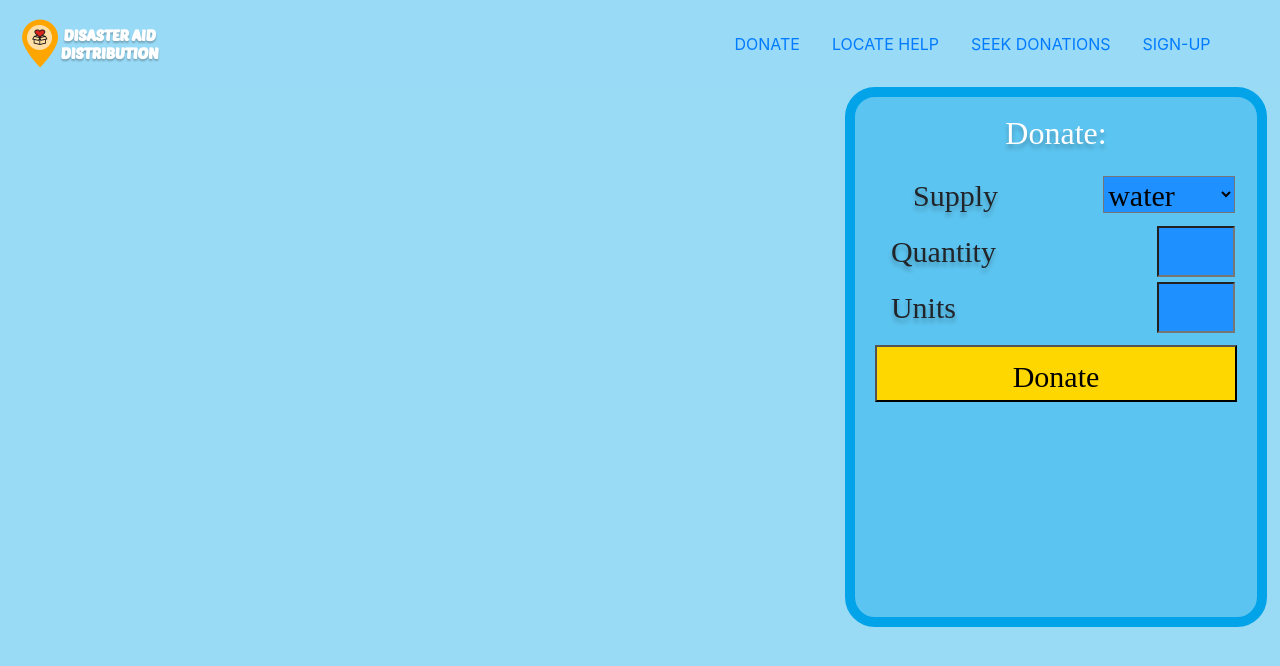
Repository: uprm-inso-4115-2019-2020-S2/semester-project-inso4115-DisasterAid-backend
Page: /donate-modal (app in disaster-aid/)
An editor plug-in stored every save of this project. The page is shown before and after the next save, followed by the edit.
The browser window is 1280 px wide. The pictures show the whole page.
The project was rebuilt for these pictures with package versions that can differ from the ones it lists, and the page was loaded fresh each time. Also part of the build but not shown: disaster-aid/angular.json, disaster-aid/src/app/login/login.component.ts, disaster-aid/src/app/register/register.component.ts, disaster-aid/src/app/home/home.component.ts, disaster-aid/src/app/landing-page/landing-page.component.ts, disaster-aid/src/app/donations/donations.component.ts, disaster-aid/src/app/donations.service.ts.

Above is the page before, as saved 2020-05-09 02:14:01.

### disaster-aid/src/index.html
<!doctype html>
<html lang="en">
<head>
  <meta charset="utf-8">
  <title>DisasterAid</title>
  <base href="/">
  <meta name="viewport" content="width=device-width, initial-scale=1">
  <link rel="icon" type="image/x-icon" href="favicon.ico">
</head>
<body>
  <app-root></app-root>
</body>
</html>

### disaster-aid/src/styles.css
/* You can add global styles to this file, and also import other style files */

html { background-color:rgba(2, 163, 232, 0.4); }

### disaster-aid/src/app/app.module.ts
import { BrowserModule } from '@angular/platform-browser';
import { NgModule } from '@angular/core';
import { FormsModule, ReactiveFormsModule } from '@angular/forms';



import { AppRoutingModule } from './app-routing.module';
import { AppComponent } from './app.component';
import { RegisterComponent } from './register/register.component';
import { LoginComponent } from './login/login.component';
import { HttpClientModule } from '@angular/common/http';
import { HomeComponent } from './home/home.component'
import { UserApiService } from './userapi.service';
import { LandingPageComponent } from './landing-page/landing-page.component';
import { DonationsComponent } from './donations/donations.component';
import { DonateModalComponent } from './donate-modal/donate-modal.component';


@NgModule({
  declarations: [
    AppComponent,
    RegisterComponent,
    LoginComponent,
    HomeComponent,
    LandingPageComponent,
    DonationsComponent,
    DonateModalComponent,
  ],
  imports: [
    BrowserModule,
    AppRoutingModule,
    FormsModule,
    ReactiveFormsModule,
    HttpClientModule
  ],
  providers: [UserApiService],
  bootstrap: [AppComponent]
})
export class AppModule { }

### disaster-aid/src/app/app-routing.module.ts
import { NgModule } from '@angular/core';
import { Routes, RouterModule } from '@angular/router';
import {LoginComponent} from './login/login.component';
import { RegisterComponent } from './register/register.component';
import { HomeComponent } from './home/home.component';
import { LandingPageComponent } from './landing-page/landing-page.component';
import { DonationsComponent } from './donations/donations.component';
import { DonateModalComponent} from './donate-modal/donate-modal.component';


const routes: Routes = [
  { path: '', redirectTo: '/landing_page', pathMatch: 'full'}, //Make home the default landing page
  { path: 'register', component: RegisterComponent},
  { path: 'login', component: LoginComponent },
  { path: 'home', component: HomeComponent},
  { path: 'landing_page', component: LandingPageComponent },
  { path: 'my-donations', component: DonationsComponent },
  { path: 'donate-modal', component: DonateModalComponent},

];

@NgModule({
  imports: [RouterModule.forRoot(routes)],
  exports: [RouterModule]
})
export class AppRoutingModule { }

### disaster-aid/src/app/app.component.ts
import { Component } from '@angular/core';

@Component({
  selector: 'app-root',
  templateUrl: './app.component.html',
  styleUrls: ['./app.component.css']
})
export class AppComponent {
  title = 'disaster-aid';
}

### disaster-aid/src/app/userapi.service.ts
import { Injectable } from '@angular/core';
import { HttpClient, HttpErrorResponse, HttpHeaders } from '@angular/common/http';
import { User } from './user';
import { Observable, throwError } from 'rxjs';
import { catchError } from 'rxjs/operators';


@Injectable({
  providedIn: 'root'
})
export class UserApiService {

  constructor(private httpClient:HttpClient) { }

  private _handleError(error: HttpErrorResponse | any) {
    let data = {};
                data = {
                    reason: error && error.error.reason ? error.error.reason : '',
                    status: error.status
                };
                console.error(data);
                return throwError(error);
  }

    public server:String = " http://localhost:5000/";

   public getUsers() : Observable<User[]> {
     return this.httpClient
     .get<User[]>(this.server + "DAD/users")
     .pipe(catchError (this._handleError));
   }

   public getUser(userID : String): Observable<User> {
    return this.httpClient
    .get<User>(this.server + `DAD/users/${userID}`)
    .pipe(catchError (this._handleError));
  }

  public createUser(user: User): Observable<any> {

    const httpOptions = {
      headers: new HttpHeaders ({
        'Content-Type':'application/json',
        'Accept': 'application/json'
      })
    };
    return this.httpClient
    .post(this.server + "DAD/users", user, httpOptions)
    .pipe(catchError (this._handleError));;
  }


}

### disaster-aid/src/app/donate-modal/donate-modal.component.ts
import { Component, OnInit } from '@angular/core';

@Component({
  selector: 'app-donate-modal',
  templateUrl: './donate-modal.component.html',
  styleUrls: ['./donate-modal.component.css']
})
export class DonateModalComponent implements OnInit {

  constructor() { }

  ngOnInit(): void {
  }

}

### disaster-aid/src/app/donate-modal/donate-modal.component.html
<nav class="navbar navbar-light" style="background-color: rgba(2, 163, 232, 0.4);">
    <a class="navbar-brand mr-1" href="#"><img src="/assets/DAD_logo.png" style="width: 50%;"></a>
    <ul class="nav navbar-justified navbar-right ml-auto" style="margin-right: 3%;">
        <li class="nav-item">
            <a class="nav-link menuItem" routerLink="/my-donations"  >DONATE</a>
        </li>
        <li class="nav-item">
            <a class="nav-link menuItem"  href="#">LOCATE HELP</a>
        </li>
        <li class="nav-item">
            <a class="nav-link menuItem" href="#">SEEK DONATIONS</a>
        </li>
        <li class="nav-item">
            <a class="nav-link menuItem"  routerLink="/register" routerLinkActive="active">SIGN-UP</a>
        </li>
    </ul>
</nav>

<div class="donateBox">
    <p style="font-size: xx-large; text-align: center; padding-top: 3%; color: white;">Donate:</p>
    <!-- <form [formGroup]="loginForm" (ngSubmit)="onSubmit(loginForm.value)"> -->
        <div style="text-align: right; padding-right: 22px;">
            <div>
                <label for="Supply" style=" width:50%; text-align:left;">Supply</label>
                <select id="supply" name="supply" class="select">
                    <option value="water">water</option>
                    <option value="food">food</option>
                    <option value="medicine">medicine</option>
                    <option value="clothing">clothing</option>

                </select>
            </div>
            <div>
                <label for="quantity" style="width:70%; text-align:left;">Quantity</label>
                <input type="number" class="select" id="quantity" name="quantity" min="1" max="5">
            </div>
            <div>
                <label for="units" style="width:70%; text-align:left;">Units</label>
                <input type="number" class="select" id="quantity" name="quantity" min="1" max="5">
            </div>
        </div>

        <div style="text-align: center;  padding-top: 7px;">
            <button class="donateButton" type="submit">Donate</button>
        </div>
    <!-- </form> -->

    <!-- <div style="text-align: center; padding-top: 5px; font-size: large;">
        <label style="color: white; padding-right: 5px;">Don't have an account?</label>
        <a routerLink="/register" routerLinkActive="active" style="color:#FFBC40 ;">Sign up</a>
    </div> -->

</div>

### disaster-aid/src/app/donate-modal/donate-modal.component.css
.donateBox {
    position: absolute;
    width: 33%;
    height: 75%;
    left: 66%;
    /* right: 10%;
    top: 10%; */

    background: rgba(2, 163, 232, 0.4);
    border: 10px solid #02A3E8;
    border-radius: 30px;
    font-family: 'Fredoka One', cursive;
    font-family: 'Gochi Hand', cursive;
    text-shadow: 0px 4px 4px rgba(0, 0, 0, 0.25);
    font-size: 30px;
}


.donateButton{
    text-align: center;
    padding-top: 7px;
    background: gold;
    width: 90%;
    /* font-size:30px */
}

.select{
    background-color: dodgerblue;
    /* display: none; */
    position: relative;
    font-family: 'Gochi Hand', cursive;
}

Loaded but not shown: disaster-aid/src/main.ts (common file); disaster-aid/src/environments/environment.ts (common file); disaster-aid/src/app/app.component.html (common file); disaster-aid/src/app/app.component.css (no stored copy; drawn as an empty file)

After the next save:
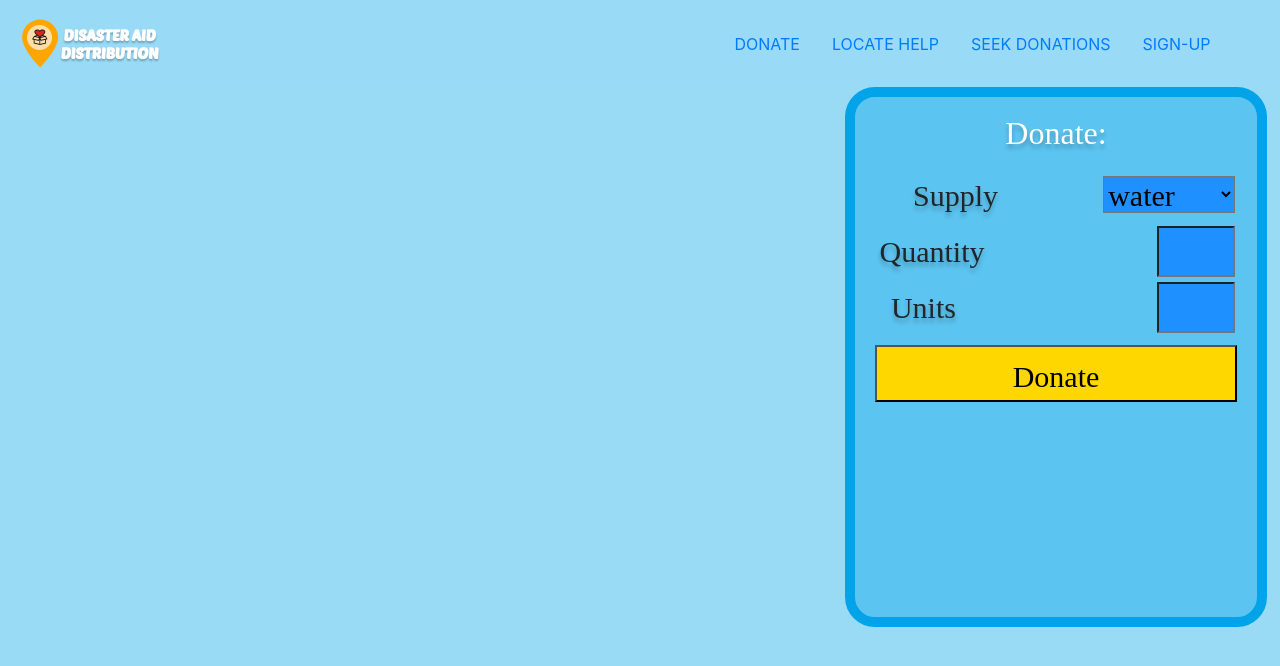
Saved 18 s later.
--- a/disaster-aid/src/app/donate-modal/donate-modal.component.html
+++ b/disaster-aid/src/app/donate-modal/donate-modal.component.html
@@ -31,7 +31,7 @@
                 </select>
             </div>
             <div>
-                <label for="quantity" style="width:70%; text-align:left;">Quantity</label>
+                <label for="quantity" style="width:73%; text-align:left;">Quantity</label>
                 <input type="number" class="select" id="quantity" name="quantity" min="1" max="5">
             </div>
             <div>
